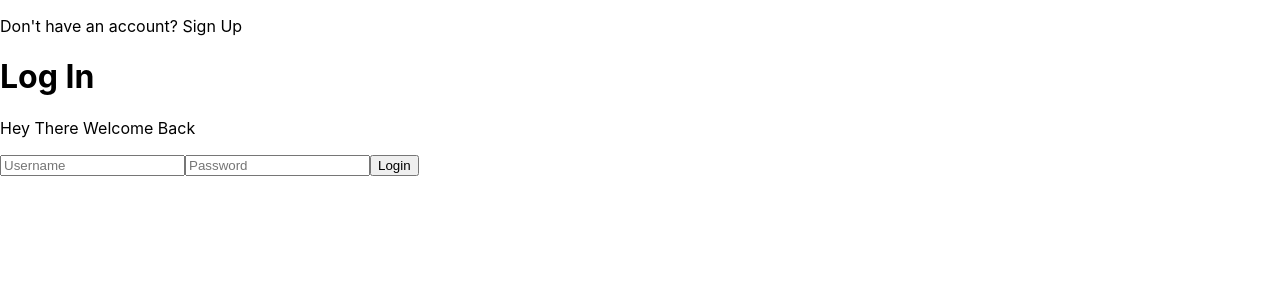
Repository: AfifaNoor/Admin_Panel-React-
Page: /
These files come from the project's save history. The page is drawn as it stood at one moment and after a run of saves; the edit follows.
The browser window is 1280 px wide. The pictures show the whole page.
The project was rebuilt for these pictures with package versions that can differ from the ones it lists, and the page was loaded fresh each time.

Above is the page before, as saved 2025-07-09 18:42:23.

After the next 3 saves:
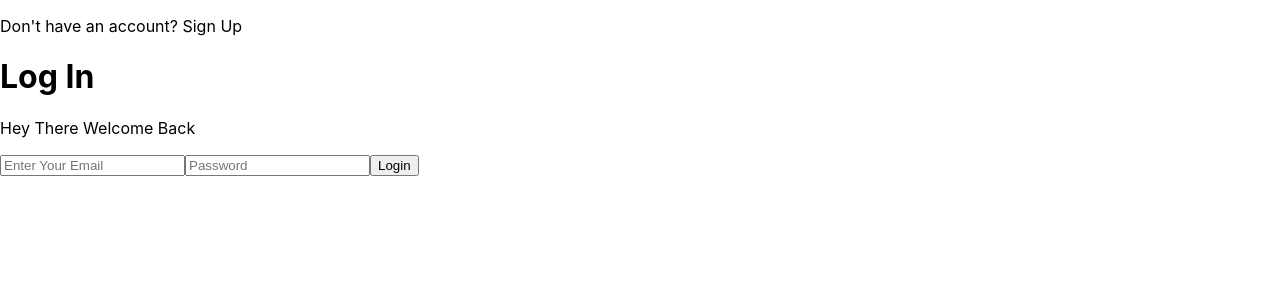
The 3 saves are shown as one change because 2 did not build or start.
The last was saved 3 min 12 s later.
--- a/src/LoginPage.jsx
+++ b/src/LoginPage.jsx
@@ -4,6 +4,8 @@ const LoginPage = () => {
     // const[email , setEmail]=useState('')
     // cont [password , setPassword] = useState('')
 
+
+    const hardCoreMail=""
 
 
   return (
@@ -20,9 +22,9 @@ const LoginPage = () => {
 
     </div>
     <form className='login-form'>
-    <input type='text'
+    <input type='email'
      className='input-field'
-     placeholder='Username'
+     placeholder='Enter Your Email'
      required
 
      />
